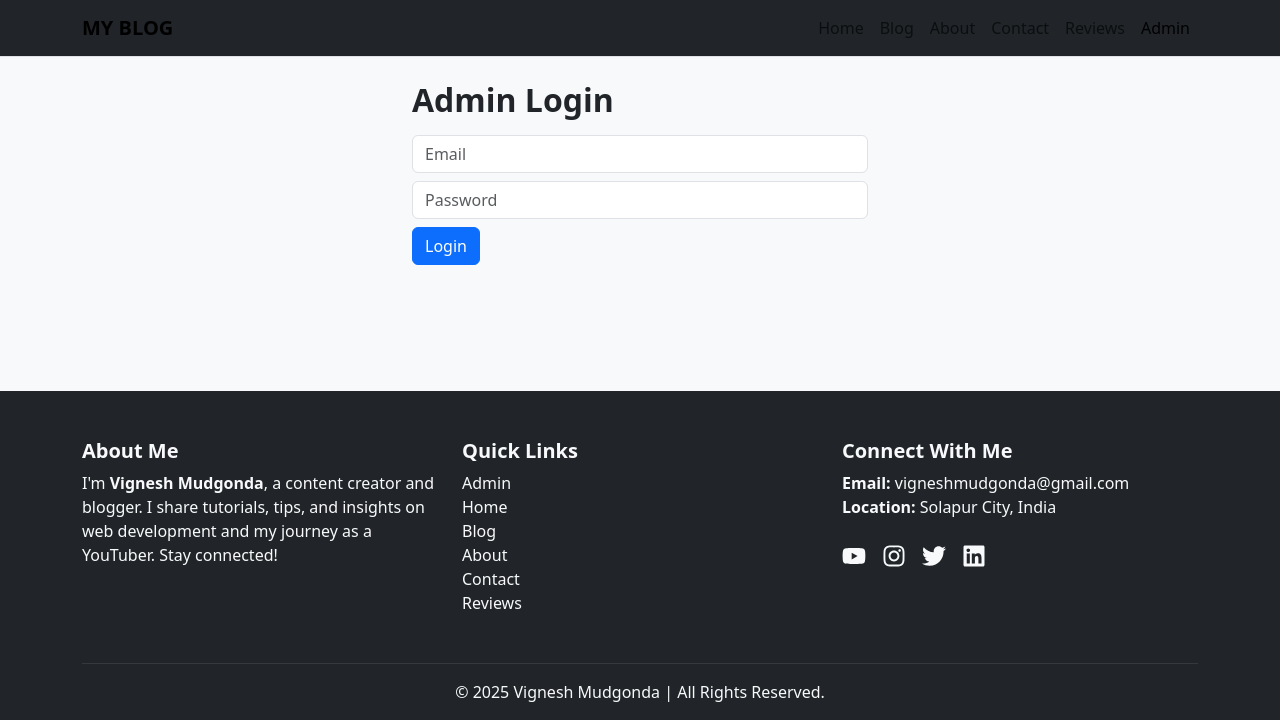
Repository: vigneshmudgonda/Blog2
Page: /login (app in blog-frontend-full/)
The author's editor kept a copy of each file at every save. The page is drawn from the files as they stood at one save, then again after the next save.
The browser window is 1280 px wide. The pictures show the whole page.
The page's requests for data from a server got no answer. The project was rebuilt for these pictures with package versions that can differ from the ones it lists, and the page was loaded fresh each time. No one was signed in, and anything a server would have sent is missing. Also part of the build but not shown: blog-frontend-full/src/pages/Home.js, blog-frontend-full/src/pages/BlogList.js, blog-frontend-full/src/pages/BlogDetail.js, blog-frontend-full/src/pages/Reviews.js, blog-frontend-full/src/pages/Contact.js, blog-frontend-full/src/pages/About.js.

Above is the page before, as saved 2025-08-19 19:39:18.

After the next save:
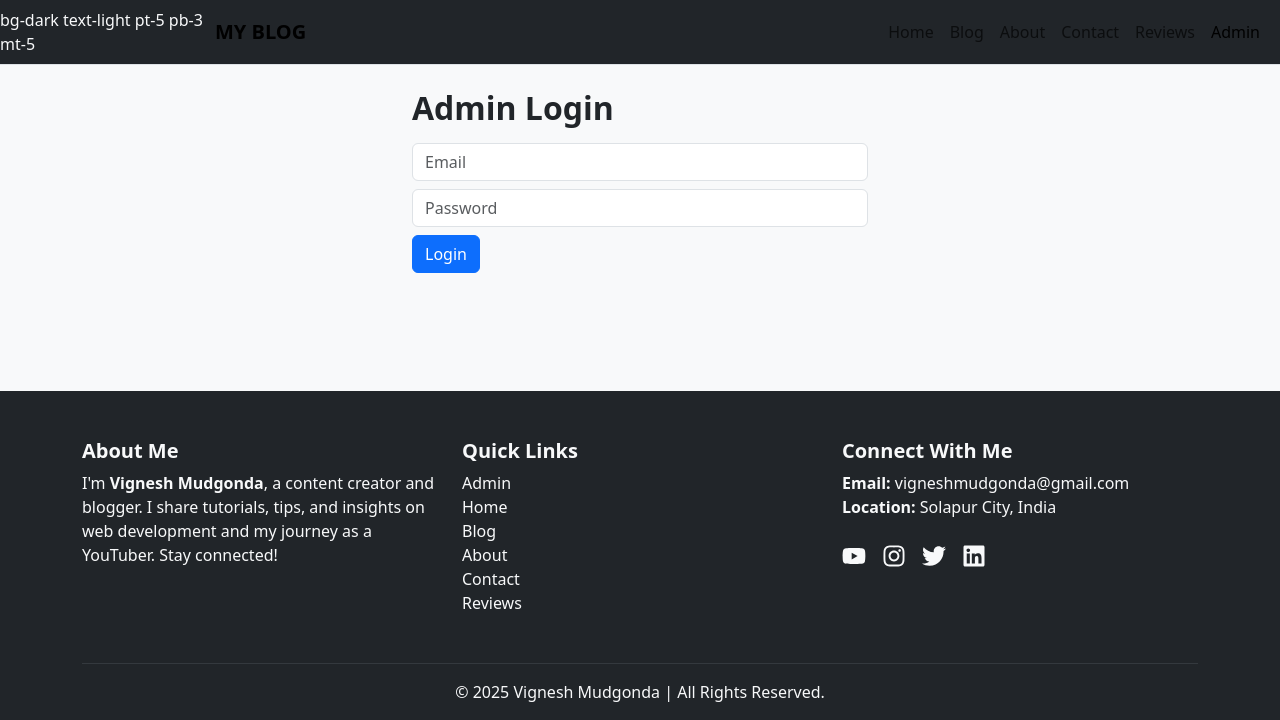
Saved 23 s later.
--- a/blog-frontend-full/src/components/Navbar.js
+++ b/blog-frontend-full/src/components/Navbar.js
@@ -3,7 +3,7 @@ import { Link, NavLink } from 'react-router-dom';
 
 export default function Navbar(){
   return (
-    <nav className="navbar navbar-expand-lg bg-dark text-light border-bottom sticky-top">
+    <nav className="navbar navbar-expand-lg bg-dark text-light border-bottom sticky-top">bg-dark text-light pt-5 pb-3 mt-5
       <div className="container">
         <Link className="navbar-brand fw-bold" to="/">MY BLOG</Link>
         <button className="navbar-toggler" type="button" data-bs-toggle="collapse" data-bs-target="#nav">
@@ -11,12 +11,12 @@ export default function Navbar(){
         </button>
         <div id="nav" className="collapse navbar-collapse ">
           <ul className="navbar-nav ms-auto">
-            <li className="nav-item text-light "><NavLink end className="nav-link" to="/">Home</NavLink></li>
-            <li className="nav-item text-light "><NavLink className="nav-link" to="/blog">Blog</NavLink></li>
-            <li className="nav-item text-light "><NavLink className="nav-link" to="/about">About</NavLink></li>
-            <li className="nav-item text-light "><NavLink className="nav-link" to="/contact">Contact</NavLink></li>
-            <li className="nav-item text-light "><NavLink className="nav-link" to="/reviews">Reviews</NavLink></li>
-            <li className="nav-item text-light "><NavLink className="nav-link" to="/login">Admin</NavLink></li>
+            <li className="nav-item"><NavLink end className="nav-link" to="/">Home</NavLink></li>
+            <li className="nav-item"><NavLink className="nav-link" to="/blog">Blog</NavLink></li>
+            <li className="nav-item"><NavLink className="nav-link" to="/about">About</NavLink></li>
+            <li className="nav-item"><NavLink className="nav-link" to="/contact">Contact</NavLink></li>
+            <li className="nav-item"><NavLink className="nav-link" to="/reviews">Reviews</NavLink></li>
+            <li className="nav-item"><NavLink className="nav-link" to="/login">Admin</NavLink></li>
           </ul>
         </div>
       </div>
